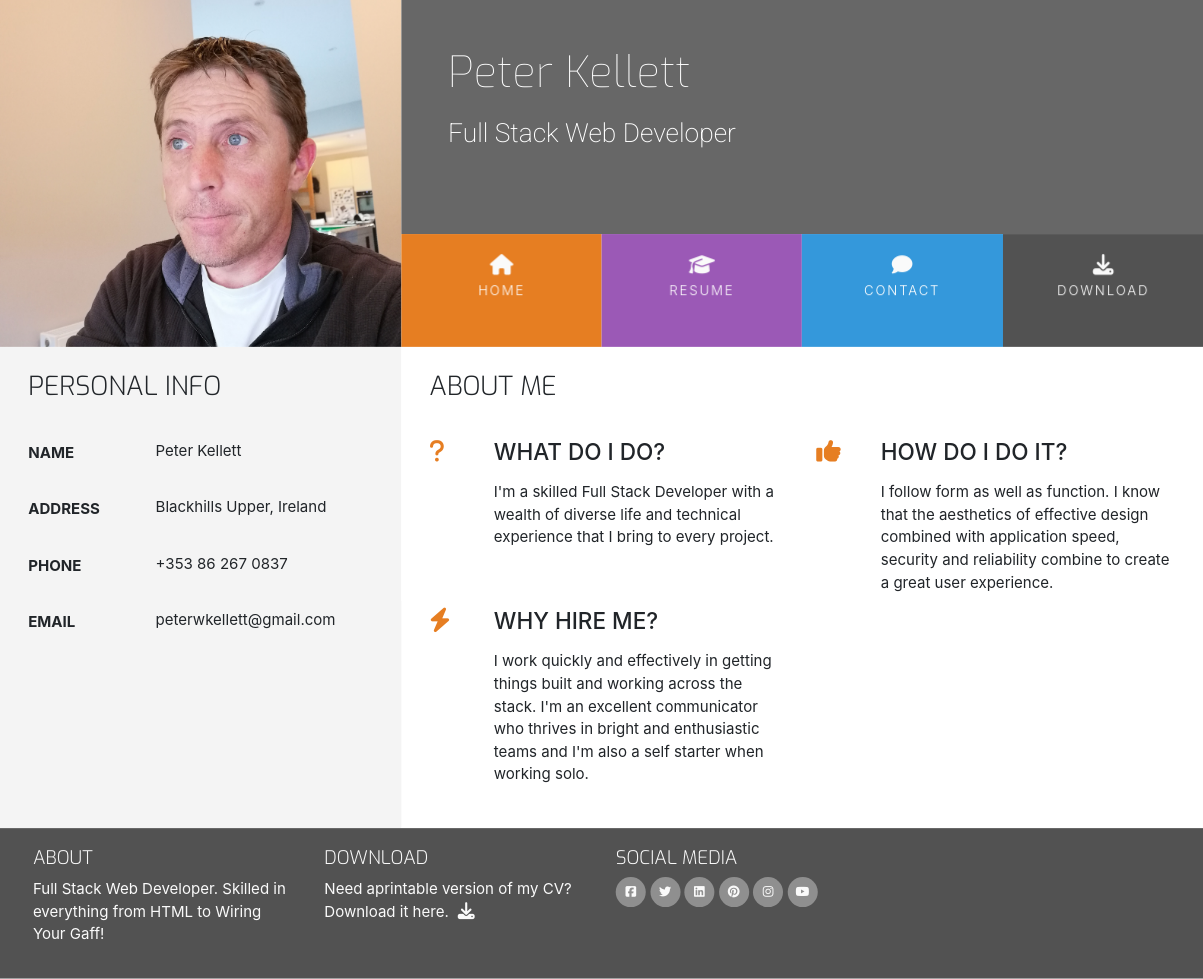
Repository: PeterKellett/resume-tutorial
Page: index.html
The author's editor kept a record of every edit. The page is drawn from the files as they stood at one moment, then again after the next edit.
The browser window is 1280 px wide. The pictures show the whole page, at 94% of full size.
Some web libraries are served in a nearby version.

Above is the page before.

### index.html
<!DOCTYPE html>
<html lang="en">

<head>
    <meta charset="UTF-8">
    <meta name="viewport" content="width=device-width, initial-scale=1.0">
    <meta http-equiv="X-UA-Compatible" content="ie=edge">
    <link rel="stylesheet" href="https://stackpath.bootstrapcdn.com/bootstrap/4.3.1/css/bootstrap.min.css" integrity="sha384-ggOyR0iXCbMQv3Xipma34MD+dH/1fQ784/j6cY/iJTQUOhcWr7x9JvoRxT2MZw1T" crossorigin="anonymous">
    <script src="https://kit.fontawesome.com/5522ae6586.js"></script>
    <link rel="stylesheet" href="https://cdnjs.cloudflare.com/ajax/libs/hover.css/2.3.1/css/hover-min.css" type="text/css" />
    <link rel="stylesheet" href="assets/css/style.css" type="text/css" />
    <title>CV index</title>
</head>
<!-------------------------------------------End </head>----------------------------------->

<!--------------------------------------=---Start <body>----------------------------------->

<body>
    <!--------------------------------------=---Start <header>----------------------------------->
    <header>
        <div class="row no-gutters">
            <a href="index.html" class="col-md-4 logo"></a>

            <div class="col-md-8">
                <div class="row no-gutters bg-color-name-title">
                    <div class="col heading">
                        <h1 class="name">Peter Kellett</h1>
                        <h2 class="title">Full Stack Web Developer</h2>
                    </div>
                </div>
                <div class="row no-gutters">
                    <div class="col">
                        <ul id="nav" class="list-inline menucontainer">
                            <li class="col-6 col-sm-3 ui-menu-color-home list-inline-item menuitem">
                                <a href="index.html" class="hvr-sweep-to-bottom"><i class="fas fa-home" aria-hidde="true"></i><span>Home</span></a>
                            </li>
                            <li class="col-6 col-sm-3 ui-menu-color-resume list-inline-item menuitem">
                                <a href="resume.html" class="hvr-sweep-to-bottom"><i class="fas fa-graduation-cap" aria-hidde="true"></i><span>Resume</span></a>
                            </li>
                            <li class="col-6 col-sm-3 ui-menu-color-contact list-inline-item menuitem">
                                <a href="contact.html" class="hvr-sweep-to-bottom"><i class="fas fa-comment" aria-hidde="true"></i><span>Contact</span></a>
                            </li>
                            <li class="col-6 col-sm-3 ui-menu-color-download list-inline-item menuitem">
                                <a href="assets/cv/test_resume.pdf" target="_blank" class="hvr-sweep-to-bottom"><i class="fas fa-download" aria-hidde="true"></i><span>Download</span></a>
                            </li>
                        </ul>
                    </div>
                </div>
            </div>
        </div>
    </header>
    <!-------------------------------------------End </header>----------------------------------->

    <!--------------------------------------=---Start <section>----------------------------------->

    <section class="container-fluid">
        <div class="row">
            <div class="col-md-4 bg-color-personal-info section-column">
                <div class="row">
                    <div class="col-12">
                        <h3 class="section-heading uppercase">
                            Personal Info
                        </h3>
                    </div>
                </div>
                <div class="personal-info-item">
                    <div class="key">
                        <p class="uppercase">
                            Name
                        </p>
                    </div>
                    <div class="value">
                        <p>
                            Peter Kellett
                        </p>
                    </div>
                </div>
                <div class="personal-info-item">
                    <div class="key">
                        <p class="uppercase">
                            Address
                        </p>
                    </div>
                    <div class="value">
                        <p>
                            Blackhills Upper, Ireland
                        </p>
                    </div>
                </div>
                <div class="personal-info-item">
                    <div class="key">
                        <p class="uppercase">
                            Phone
                        </p>
                    </div>
                    <div class="value">
                        <p>
                            +353 86 267 0837
                        </p>
                    </div>
                </div>
                <div class="personal-info-item">
                    <div class="key">
                        <p class="uppercase">
                            Email
                        </p>
                    </div>
                    <div class="value">
                        <p>
                            peterwkellett@gmail.com
                        </p>
                    </div>
                </div>
            </div>
            <div class="col-md-8 bg-color-three-reasons section-column">
                <div class="row">
                    <div class="col">
                        <h3 class="section-heading uppercase">About Me</h3>
                    </div>
                </div>
                <div class="row">
                    <div class="col-10 offset-1 offset-sm-0 col-sm-4 col-md-6">
                        <div class="row">
                            <div class="col-2"><i class="three-reasons-icon fas fa-question" aria-hidden="true"></i>
                            </div>
                            <div class="col-10">
                                <h4 class="three-reasons-heading uppercase">What do I do?</h4>
                                <p>
                                    I'm a skilled Full Stack Developer with a wealth of diverse life and technical experience that I bring to every project.
                                </p>
                            </div>
                        </div>
                    </div>
                    <div class="col-10 offset-1 offset-sm-0 col-sm-4 col-md-6">
                        <div class="row">
                            <div class="col-2"><i class="three-reasons-icon fas fa-thumbs-up" aria-hidden="true"></i>
                            </div>
                            <div class="col-10">
                                <h4 class="three-reasons-heading uppercase">How do I do it?</h4>
                                <p>
                                    I follow form as well as function. I know that the aesthetics of effective design combined with application speed, security and reliability combine to create a great user experience.
                                </p>
                            </div>
                        </div>
                    </div>
                    <div class="col-10 offset-1 offset-sm-0 col-sm-4 col-md-6">
                        <div class="row">
                            <div class="col-2"><i class="three-reasons-icon fas fa-bolt" aria-hidden="true"></i>
                            </div>
                            <div class="col-10">
                                <h4 class="three-reasons-heading uppercase">Why hire me?</h4>
                                <p>
                                    I work quickly and effectively in getting things built and working across the stack. I'm an excellent communicator who thrives in bright and enthusiastic teams and I'm also a self starter when working solo.
                                </p>
                            </div>
                        </div>
                    </div>
                </div>
            </div>
        </div>
    </section>
    <!-------------------------------------------End </section>----------------------------------->


    <!--------------------------------------=---Start <footer>----------------------------------->

    <footer class="container-fluid">
        <div id="footer-details" class="row">
            <div class="col-sm-3">
                <h5 class="uppercase general-sub">About</h5>
                <p class="inline-block">
                    Full Stack Web Developer. Skilled in everything from HTML to Wiring Your Gaff!
                </p>
            </div>
            <div class="col-sm-3">
                <h5 class="uppercase general-sub">Download</h5>
                <p class="inline-block">Need aprintable version of my CV? Download it here.
                    <a href="assets/cv/test_resume.pdf" target="_blank" class="cv-pdf">
                    <i class="fas fa-download" aria-hidden="true"></i>
                    <span class="sr-only">Download link.</span>
                </a>
                </p>
            </div>
            <div class="col-sm-3">
                <h5 class="uppercase general-sub">Social Media</h5>
                <ul class="list-inline social-links">
                    <li class="list-inline-item">
                        <a target="_blank" href="#">
                            <i Class="fab fa-facebook-square" aria-hidden="true"></i>
                            <span class="sr-only">Facebook</span>
                        </a>
                    </li>
                    <li class="list-inline-item">
                        <a target="_blank" href="#">
                            <i Class="fab fa-twitter" aria-hidden="true"></i>
                            <span class="sr-only">Twitter</span>
                        </a>
                    </li>
                    <li class="list-inline-item">
                        <a target="_blank" href="#">
                            <i Class="fab fa-linkedin" aria-hidden="true"></i>
                            <span class="sr-only">LinkedIn</span>
                        </a>
                    </li>
                    <li class="list-inline-item">
                        <a target="_blank" href="#">
                            <i Class="fab fa-pinterest" aria-hidden="true"></i>
                            <span class="sr-only">Pinterest</span>
                        </a>
                    </li>
                    <li class="list-inline-item">
                        <a target="_blank" href="#">
                            <i Class="fab fa-instagram" aria-hidden="true"></i>
                            <span class="sr-only">Instagram</span>
                        </a>
                    </li>
                    <li class="list-inline-item">
                        <a target="_blank" href="#">
                            <i Class="fab fa-youtube" aria-hidden="true"></i>
                            <span class="sr-only">YouTube</span>
                        </a>
                    </li>

                </ul>
            </div>
        </div>


    </footer>
    <!-------------------------------------------End </footer>----------------------------------->

</body>
<!-------------------------------------------End </body>----------------------------------->

</html>

### assets/css/style.css
@import url('https://fonts.googleapis.com/css?family=Roboto:100,200,300,400,500,600,700|Exo:100,200,300,400,500,600,700');

/*------------------------------Colors-------------------------*/

.bg-color-name-title {
    background: #676767;

}

.bg-color-three-reasons {
    background-color: #fff;
}

.bg-color-personal-info {
    background-color: #f4f4f4;
}

.ui-menu-color-home {
    background-color: #e67e22;
}

.ui-menu-color-resume {
    background-color: #9b59b6;
}

.ui-menu-color-contact {
    background-color: #3498db;
}

.ui-menu-color-download {
    background-color: #525252;
}

/*------------------------------Special Paddings/margins/text-------------------------*/

h1,
h2,
h3,
h4 {
    margin: 0;
}

.uppercase {
    text-transform: uppercase;
}

.general-sub {
    font-family: "exo", sans-serif;
    font-weight: 300;
    color: #fafafa;
}

.inline-block {
    display: inline-block;
}

.row-table {
    display: table;
}

.section-column {
    display: table-cell;
    padding: 0 30px 30px;
    float: none;
}

.section-heading {
    font-family: "Exo", sans-serif;
    font-weight: 300;
    margin-top: 25px;
    margin-bottom: 40px;
}

/*------------------------------Heading-------------------------*/

header {
    margin: 0;
}

.heading {
    margin-left: 50px;
}

.logo {
    background: url("../images/IMG_20190807_202109.jpg");
    background-position: center;
    background-repeat: no-repeat;
    background-size: cover;
    min-height: 360px;
    transition: all .5s ease-in-out;
    -moz-transition: all .5s ease-in-out;
    -webkit-transition: all .5s ease-in-out;
    -o-transition: all .5s ease-in-out;
}

.name {
    font-family: "Exo", sans-serif;
    font-weight: 100;
    font-size: 46px;
    margin-top: 50px;
    color: #fff;
}

.title {
    font-family: "Roboto", sans-serif;
    font-weight: 200;
    font-size: 28px;
    margin-top: 20px;
    margin-bottom: 90px;
    color: #fff;
}

.list-inline-item:not(:last-child) {
    margin: 0;
}

.menucontainer {
    font-size: 0;
}

#nav {
    margin: 0;
}

#nav li {
    font-size: 14px;
    padding: 0;
}

.menuitem {
    height: 120px;
    text-align: center;
    padding: 0;
}

.menuitem a {
    width: 100%;
    text-decoration: none;
    color: #fff;
    height: 120px;
}

.menuitem a i {
    padding-top: 22px;
    display: block;
    color: #fafafa;
    font-size: 22px;
}

.menuitem span {
    display: block;
    width: 100%;
    padding-top: 5px;
    text-align: center;
    text-transform: uppercase;
    font-size: 14px;
    font-weight: 300;
    letter-spacing: 2px;
}

/*------------------------------Hover.css-------------------------*/

.hvr-sweep-to-bottom:before {
    background: rgba(0, 0, 0, 0.2);
    height: 120px;
}

/*------------------------------Footer-------------------------*/

footer {
    background-color: #525252;
    color: #fafafa;
    min-height: 120px;
    margin: 0;
}

.cv-pdf i {
    font-size: 18px;
    color: #fafafa;
    text-align: center;
    padding-left: 5px;
    transition: all 0.35s ease-in-out;
    -moz-transition: all 0.35s ease-in-out;
    -webkit-transition: all 0.35s ease-in-out;
    -o-transition: all 0.35s ease-in-out;
}

.cv-pdf i:hover {
    color: #e84610;
}

.social-links {
    padding-bottom: 15px;
}

.social-links li a i {
    width: 32px;
    height: 32px;
    padding: 12px 0;
    border-radius: 50%;
    font-size: 13px;
    line-height: 7px;
    text-align: center;
    color: #fafafa;
    background: #8f8f8f;
    transition: all 0.35s ease-in-out;
    -moz-transition: all 0.35s ease-in-out;
    -webkit-transition: all 0.35s ease-in-out;
    -o-transition: all 0.35s ease-in-out;
}

.social-links li a i:hover {
    background: #e84610;
}

#footer-details {
    padding: 20px;
}

/*------------------------------Three reasons-------------------------*/
.three-reasons-icon {
    font-size: 26px;
    color: #e67e22;
}

.three-reasons-heading {
    margin-bottom: 15px;

}

/*------------------------------Personal Info-------------------------*/

.personal-info-item {
    margin-bottom: 20px;
    display: block;
    clear: both;
}

.personal-info-item .key,
.personal-info-item .value {
    padding-right: 8px;
    display: inline-block;
}

.personal-info-item .key p,
.personal-info-item.value p {
    margin: 0;
}

.personal-info-item .key {
    width: 30%;
    margin-right: 21px;
    padding-top: 2px;
    vertical-align: top;
}

.personal-info-item .key p {
    font-weight: 700;
}

.personal-info-item .value {
    position: relative;
    width: 60%;
}

After the next edit:
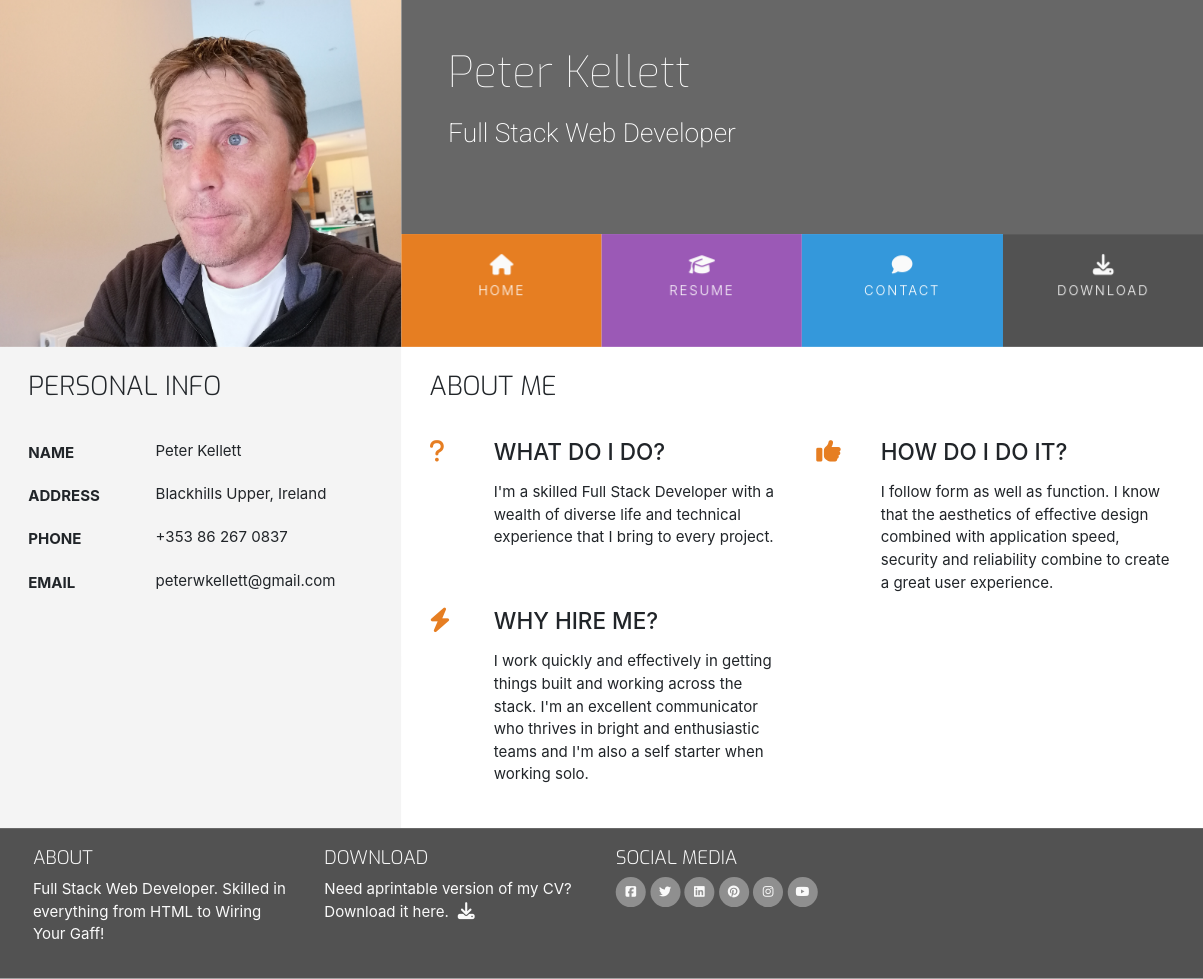
The edit:
--- a/assets/css/style.css
+++ b/assets/css/style.css
@@ -218,6 +218,7 @@
 }
 
 /*------------------------------Three reasons-------------------------*/
+
 .three-reasons-icon {
     font-size: 26px;
     color: #e67e22;
@@ -243,7 +244,7 @@
 }
 
 .personal-info-item .key p,
-.personal-info-item.value p {
+.personal-info-item .value p {
     margin: 0;
 }
 
